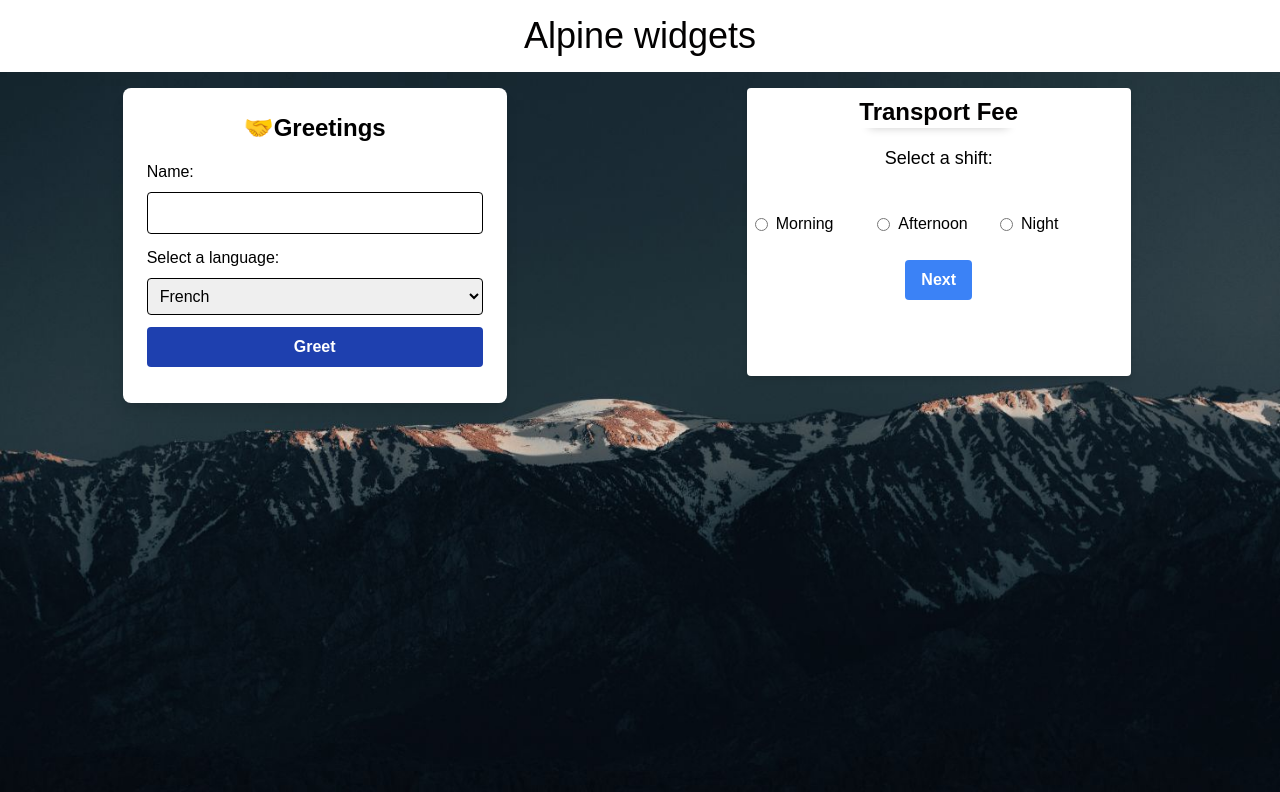
Repository: lasity34/alpine-bootcamp-widgets
Page: index.html
These files come from the project's save history. The page is drawn as it stood at one moment and after the next save; the edit follows.
The browser window is 1280 px wide. The pictures show the whole page.
Some web fonts or font styles are not loaded; a fallback is used. Some web libraries are served in a nearby version.

Above is the page before, as saved 2023-07-12 15:51:34.
Console error: ReferenceError: shift is not defined

### index.html
<!DOCTYPE html>
<html lang="en">
  <head>
    <meta charset="UTF-8" />
    <meta name="viewport" content="width=device-width, initial-scale=1.0" />
    <title>Alpine bootcamp widgets</title>
    <script src="https://unpkg.com/alpinejs@3.2.2" defer></script>

    <link
      href="https://cdn.jsdelivr.net/npm/tailwindcss@2.1.2/dist/tailwind.min.css"
      rel="stylesheet"
    />
    <link rel="preconnect" href="https://fonts.googleapis.com" />
    <link rel="preconnect" href="https://fonts.gstatic.com" crossorigin />
    <link
      href="https://fonts.googleapis.com/css2?family=Titillium+Web:ital@0;1&family=Tsukimi+Rounded:wght@300;400;500&display=swap"
      rel="stylesheet"
    />
    <link rel="stylesheet" href="./style.css" />
  </head>
  <body>
    <h1 class="text-4xl text-center mt-4 pb-4">Alpine widgets</h1>
    <div class="widget_container flex justify-around items-start h-screen">
      <section x-data="greet" class="w-1/3" >
        <div class="bg-white rounded-lg shadow-lg p-6 m-4 max-w-sm">
          <h2 class="text-2xl text-center font-bold mb-4">🤝Greetings</h2>
          <p
            class="mt-3 text-red-600 text-xl text-center"
            x-text="notification"
            x-show.transition="showNotification"
            x-transition:leave="transition ease-in duration-1000"
            x-transition:leave-start="opacity-100"
            x-transition:leave-end="opacity-0"
          ></p>
          <div>
            <label>Name:</label>
            <input
              type="text"
              x-model="name"
              class="border border-black p-2 mt-2 rounded w-full"
            />

            <label class="mt-3 block">Select a language:</label>
            <select
              x-model="language"
              class="border border-black mt-2 p-2 rounded w-full"
            >
              <option value="French">French</option>
              <option value="English">English</option>
              <option value="Spanish">Spanish</option>
            </select>
            <div class="flex justify-center flex-col">
              <button
                @click="validateInput() & greeting()"
                class="text-center mt-3 bg-blue-800 hover:bg-blue-900 text-white font-bold py-2 px-4 rounded"
              >
                Greet
              </button>

              <p
                class="mt-3 text-purple-700 text-2xl text-center"
                x-text="message"
              ></p>
            </div>
          </div>
        </div>
      </section>
      <section
      class="w-1/3 "
        x-data="transportFee"
      >
      <div class="flex flex-col items-center bg-white max-w-sm mt-4 h-72 p-2 rounded shadow-md">
        <h1 class="text-2xl font-bold mb-4">Transport Fee</h1>

        <label class="text-lg mb-10">Select a shift:</label>
        <div class="flex justify-between w-full">


        <div class="flex items-center mb-2 w-1/3">
          <input
            type="radio"
            id="morning"
            name="shift"
            x-model="shift"
            value="morning"
            class="mr-2"
          />
          <label for="morning">Morning</label>
        </div>

        <div class="flex items-center mb-2 w-1/3">
          <input
            type="radio"
            id="afternoon"
            name="shift"
            x-model="shift"
            value="afternoon"
            class="mr-2"
          />
          <label for="afternoon">Afternoon</label>
        </div>

        <div class="flex items-center mb-2 w-1/3">
          <input
            type="radio"
            id="night"
            name="shift"
            x-model="shift"
            value="night"
            class="mr-2"
          />
          <label for="night">Night</label>
        </div>
      </div>
        <button
          @click="validate()"
          class="mt-4 bg-blue-500 hover:bg-blue-700 text-white font-bold py-2 px-4 rounded"
        >
          Next
        </button>
        </div>
      </section>
    </div>

    <script src="./greet.js"></script>
    <script src="./transportFee.js"></script>
  </body>
</html>

### style.css
body {


    font-family: 'Tsukimi Rounded', sans-serif;
}

h1 {
    box-shadow: 0 10px 10px -10px rgba(0,0,0,0.2);
    font-family: 'Tsukimi Rounded', sans-serif;
    color: #020101;
}

.widget_container {
    background-image: url(./background.jpg);
    background-repeat: no-repeat;
    background-size: cover;
    background-position: center;
}

### greet.js


function greet() {
  return {
    name: '',
    language: 'French',
    message: '',
    notification: '',
    showNotification: false,
    greeting() {
      if (!this.validateInput()) {
        return;
      }
      if (this.language === 'English') {
        this.message = `🇬🇧 Hello ${this.name} 🇬🇧`
      } else if (this.language === 'French') {
        this.message = `🇫🇷 Bonjour ${this.name} 🇫🇷`
      } else if (this.language === 'Spanish') {
        this.message = `🇪🇸 Hola ${this.name} 🇪🇸`
      }
      this.name = ''
    },
    validateInput() {
      let regex = /^[a-zA-Z]+$/;  // Regex for letters and spaces only
      if (!this.name) {
        this.notify('Please type in a name');
        return false;
      }
      if (!regex.test(this.name)) {
        this.notify('Please don\'t use special characters');
        this.name = ''
        return false;
      }

      return true;
    },
    notify(msg) {
      this.notification = msg;
      this.showNotification = true;
      setTimeout(() => this.showNotification = false, 3000);
    }
  }
}



document.addEventListener("alpine:init", () => {
    Alpine.data("greet", greet);
  });

### transportFee.js
function transportFee() {
    return {

    }
}




document.addEventListener("alpine:init", () => {
    Alpine.data("transportFee", transportFee);
  });

After the next save:
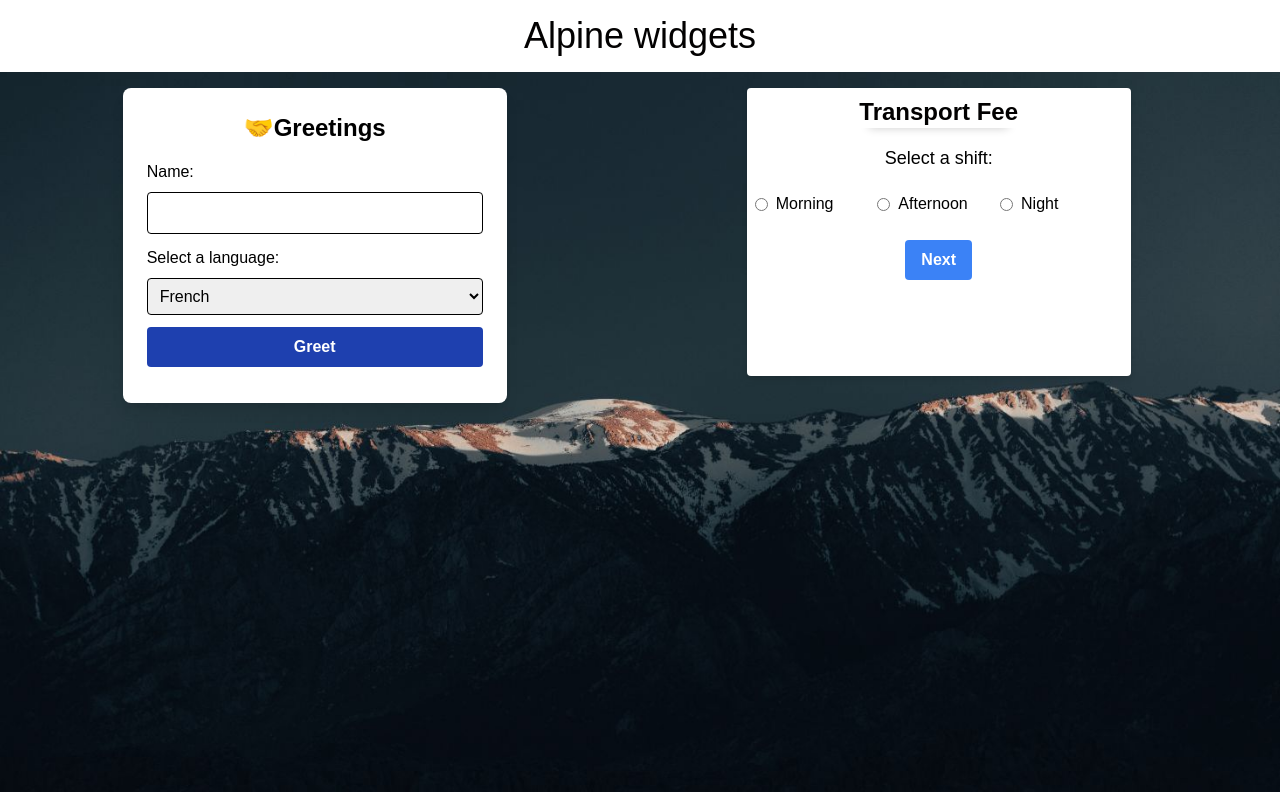
Saved 7 s later.
--- a/index.html
+++ b/index.html
@@ -72,7 +72,7 @@
       <div class="flex flex-col items-center bg-white max-w-sm mt-4 h-72 p-2 rounded shadow-md">
         <h1 class="text-2xl font-bold mb-4">Transport Fee</h1>
 
-        <label class="text-lg mb-10">Select a shift:</label>
+        <label class="text-lg mb-5">Select a shift:</label>
         <div class="flex justify-between w-full">
 
 
